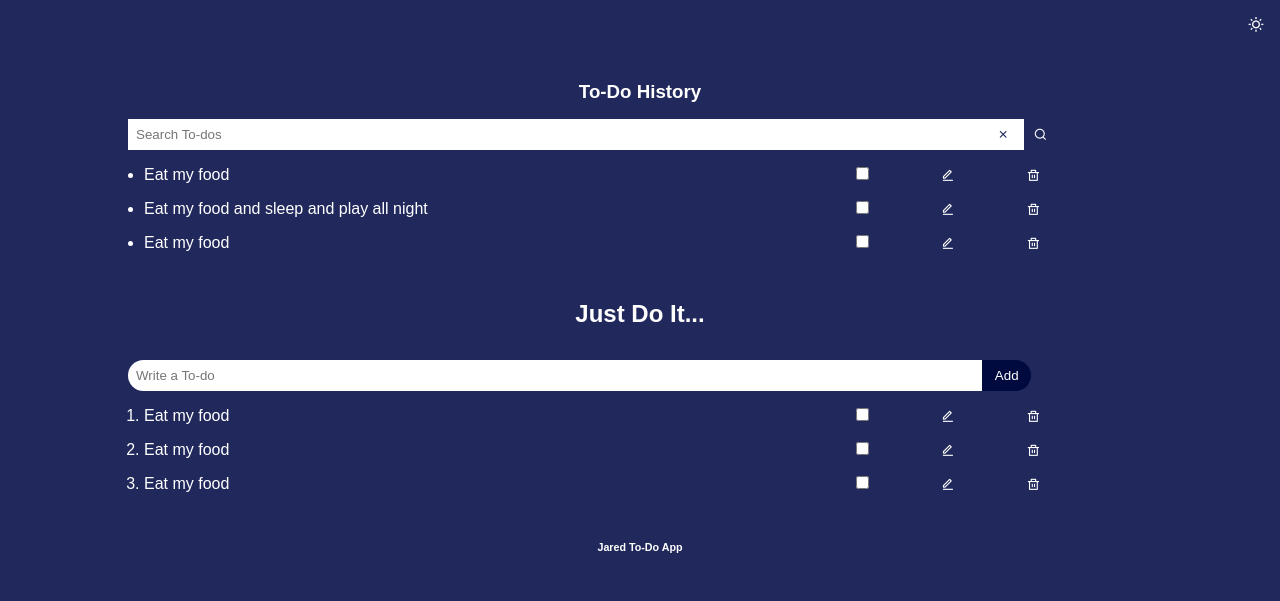
Repository: EguJaredoBoyd/Jared-ToDo-App
Page: main.html
An editor plug-in stored every save of this project. The page is shown before and after the next save, followed by the edit.
The browser window is 1280 px wide. The pictures show the whole page.
Some web libraries are served in a nearby version.

Above is the page before, as saved 2025-12-24 17:23:52.
Not found: js/to-do.j

After the next save:
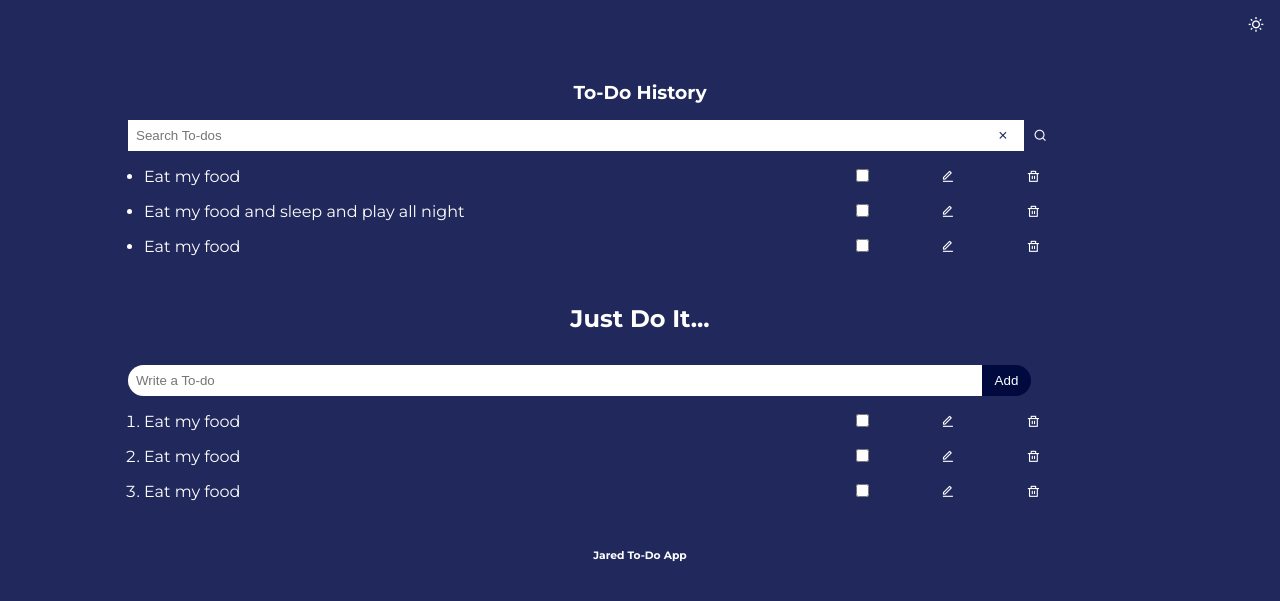
Saved 48 s later.
--- a/main.html
+++ b/main.html
@@ -6,6 +6,12 @@
     <title>Document</title>
     <link
       href="https://cdn.jsdelivr.net/npm/remixicon@4.7.0/fonts/remixicon.css"
+      rel="stylesheet"
+    />
+    <link rel="preconnect" href="https://fonts.googleapis.com" />
+    <link rel="preconnect" href="https://fonts.gstatic.com" crossorigin />
+    <link
+      href="https://fonts.googleapis.com/css2?family=Montserrat:ital,wght@0,100..900;1,100..900&display=swap"
       rel="stylesheet"
     />
     <link rel="preconnect" href="https://fonts.googleapis.com" />
